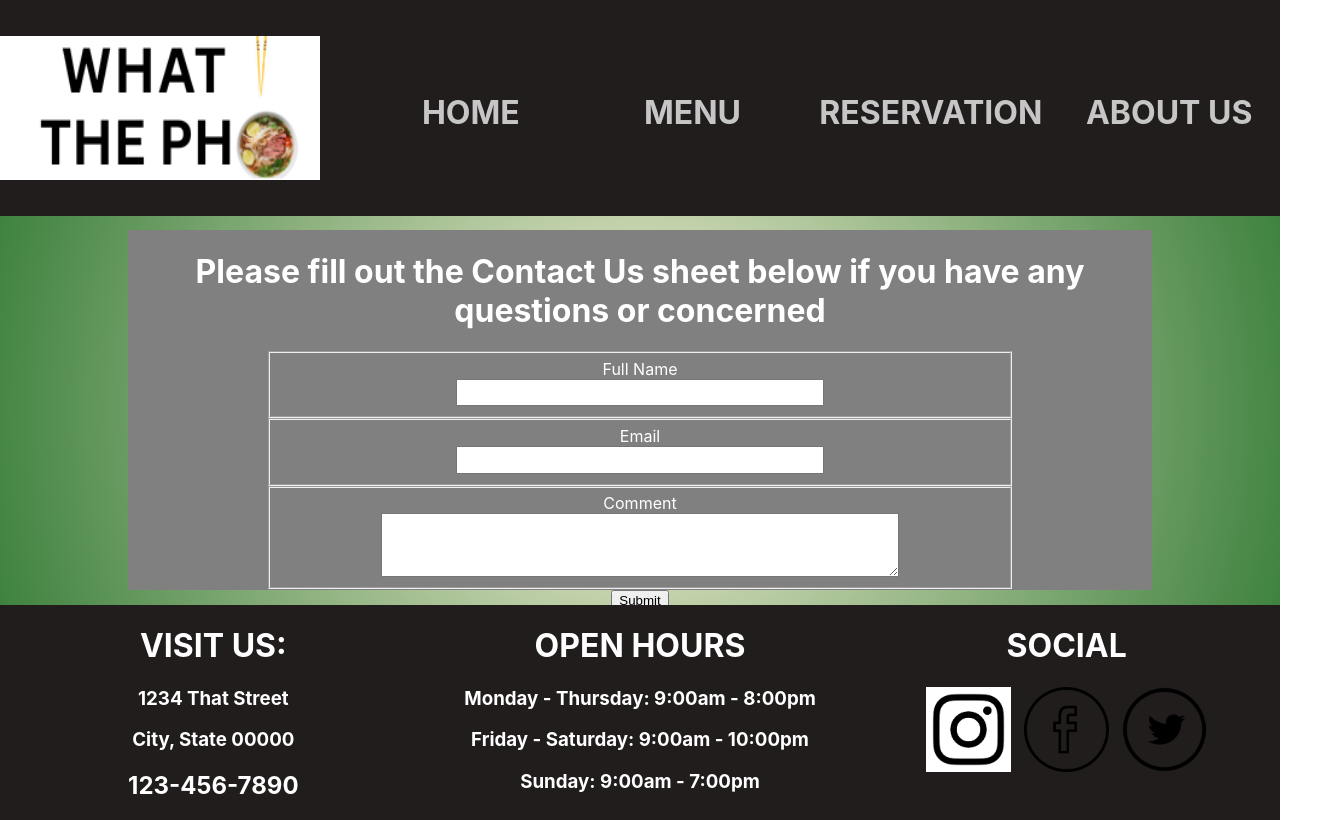
Repository: NguyenkhDang/Restaurant-Website
Page: /contactUs
An editor plug-in stored every save of this project. The page is shown before and after the next save, followed by the edit.
The browser window is 1280 px wide. The page is 1284 px wide, then 1320 px, then 1284 px, so the pictures cover 1320 px, including what lies to the right of the window. The pictures show the whole page.
The project was rebuilt for these pictures with package versions that can differ from the ones it lists, and the page was loaded fresh each time. Also part of the build but not shown: src/CSS/Readmore.css, src/Readmore.js, src/CSS/SectionContainer.css, src/SectionContainer.js, src/CSS/Home.css, src/Pages/HomePage.js, src/Pages/MenuPage.js, src/CSS/ReservationForm.css and 4 more.

Above is the page before, as saved 2026-01-18 22:07:49.

### src/index.js
import React from 'react';
import ReactDOM from 'react-dom/client';
import './index.css';
import App from './App';
import reportWebVitals from './reportWebVitals';
import { BrowserRouter } from "react-router-dom";


const root = ReactDOM.createRoot(document.getElementById("root"));
root.render(
  <BrowserRouter>
    <App />
  </BrowserRouter>
);

// If you want to start measuring performance in your app, pass a function
// to log results (for example: reportWebVitals(console.log))
// or send to an analytics endpoint. Learn more: https://bit.ly/CRA-vitals
reportWebVitals();

### src/App.js

import './App.css';

import NavigationBar from './NavigationBar';
import Footer from "./Footer"
import {Routes, Route} from "react-router-dom"



import HomePage from "./Pages/HomePage"
import MenuPage from "./Pages/MenuPage"
import ReservationPage from "./Pages/ReservationPage"
import AboutUsPage from "./Pages/AboutUsPage"
import ContactUsPage from "./Pages/ContactUsPage"

function App() {


  return (
    <div className="home">
      <NavigationBar />

      <Routes>
        <Route path="/" element={<HomePage />} />
        <Route path="/menu" element={<MenuPage />} />
        <Route path="/reservation" element={<ReservationPage />} />
        <Route path="/aboutUs" element={<AboutUsPage />} />
        <Route path="contactUs" element={<ContactUsPage />} />
      </Routes>

      <Footer />
  </div>
);
}

export default App;

### src/App.css
html{
  -ms-overflow-style: none;
  scrollbar-width: none;
}

.home {
  display: grid;
  margin: 0;
  padding: 0;

  background: radial-gradient(
    circle,
    rgba(245, 240, 213, 1) 0%,
    rgba(38, 115, 42, 1) 100%
  );
  place-items: center;
  text-align: center;
  color: white;
}


html::-webkit-scrollbar {
  display: none;
}

### src/NavigationBar.js
import "./CSS/NavigationBar.css"
import Logo from "./image/CustomLogo2.png"
import { Link } from "react-router-dom"
const NavigationBar = () =>{



  return (
    <div className="navbar">
      <div className="logoImage">
        <img src= {Logo} />
      </div>
      <div className="wholeNavBar">
        <ul>
          <li>
            <Link className="nav-link nav-link-fade-up" to="/">HOME</Link>
          </li>
          <li>
            <Link className="nav-link nav-link-fade-up" to="/menu">MENU</Link>
          </li>
          <li>
            <Link className="nav-link nav-link-fade-up" to="/reservation">RESERVATION</Link>
          </li>
          <li>
            <Link className="nav-link nav-link-fade-up" to="/aboutUs">ABOUT US</Link>
          </li>
        </ul>

      </div>
    </div>
  )


}

export default NavigationBar

### src/Footer.js
import "./CSS/Footer.css"
import InstagramIcon from "./image/instagramIcon.png"
import FacebookIcon from "./image/facebookIcon.png"
import TwitterIcon from "./image/twitterIcon.png"
const Footer = () =>{

  return(
    <div className="footer">
      <div>
        <h1>VISIT US:</h1>
        <h3>1234 That Street</h3>
        <h3>City, State 00000</h3>

        <h2>123-456-7890</h2>
      </div>
      <div>
        <h1>OPEN HOURS</h1>
        <h3>Monday - Thursday: 9:00am - 8:00pm</h3>
        <h3>Friday - Saturday: 9:00am - 10:00pm</h3>
        <h3>Sunday: 9:00am - 7:00pm</h3>
      </div>
      <div>
        <h1>SOCIAL</h1>
        <a href="https://www.instagram.com/" target="_blank"><img src={InstagramIcon}/></a>
        <a href="https://www.facebook.com/" target="_blank"><img src={FacebookIcon}/></a>
        <a href="https://x.com/" target="_blank"><img src={TwitterIcon}/></a>
      </div>

    </div>
  )

}

export default Footer

### src/Pages/ContactUsPage.js

import { useRef } from "react"
import "../CSS/ContactUs.css"

const ContactUsPage = () =>{


  const handleSubmit = (e)=>{
    e.preventDefault();
    const url = "https://script.google.com/macros/s/AKfycbzvciRoj96Av9uZ2heb3UUoHOvfd4JqiGr3qXvWCL6rtenJZzz95SFNhb_-OBEtYvj5vw/exec"

    fetch(url,{
      method:"POST",
      body: new FormData(formRef.current)
    } ).then(() => {
      alert("Reservation Submitted ");
    }).catch((error) => console.log(error))
  };

  const formRef= useRef(null)
  return (
    <div className="contactUsPage">
      <h1>
        Please fill out the Contact Us sheet below if you have any questions or concerned
      </h1>
      <form ref={formRef} onSubmit={handleSubmit}>
        <fieldset>
          <label for="name">Full Name</label>
          <input
            type="text"
            name="Name"
            id="name"
            required
          />
        </fieldset>
        <fieldset>
          <label for="phone">Email</label>
          <input
            type="email"
            name="Email"
            id="email"

            />
        </fieldset>
        <fieldset>
          <label for="comment">Comment</label>
          <textarea
            name="Comment"
            style={{
              width: "40vw",
              height: "8vh",
            }}
          />
        </fieldset>
        <button>Submit</button>
      </form>
    </div>
  )
}

export default ContactUsPage

### src/CSS/NavigationBar.css
.navbar{
  background-color: rgb(34, 29, 29);
  display: grid;
  grid-template-columns: 25% 75%;
  width: 100vw;
  height: 25vh;
  padding-top: 5vh;
}
.wholeNavBar{
  height: 10vh;
}

.logoImage img{
  height: 20vh;
  width: 25vw;
  object-fit: fill;
  object-position: center;
}

ul{
  align-items: center;
  list-style-type: none;
  display: grid;
  place-items: center;
  grid-template-columns: 1fr 1fr 1fr 1fr;
  margin-top: 6vh;
}
ul li a{
  padding: none;
}
li a{
  font-size: 2em;
  text-align: center;
  padding: 14px 16px;
}
.nav-link {
  font-weight: bold;
  font-size: 2em;
  text-transform: uppercase;
  text-decoration: none;
  color: #ffffff;
  display: inline-block;
  position: relative;
  opacity: 0.75;
}

.nav-link:hover {
  opacity: 1;
}

.nav-link::before {
  transition: 300ms;
  height: 5px;
  content: "";
  position: absolute;
  background-color: #c1c7cf;
}
.nav-link-fade-up::before {
  width: 100%;
  bottom: 5px;
  opacity: 0;
}

.nav-link-fade-up:hover::before {
  bottom: 10px;
  opacity: 1;
}

### src/CSS/Footer.css
.footer{
  background-color: rgb(34, 29, 29);
  display: grid;
  grid-template-columns: repeat(3, 1fr);
  width: 100vw;
}

.footer img{
  width: 20%;
}

.footer a{
  margin: 0 0.5vw;
}

### src/CSS/ContactUs.css
.contactUsPage{
  background-color: gray;
  display: grid;
  grid-template-rows: repeat(2, auto);
  width: 80vw;
  height: 50vh;
  margin: 2vh 0;
}
.contactUsPage fieldset{
  display: grid;
  grid-template-rows: repeat(2, auto);
  place-items: center;
  width: 70%;
  margin: 0 auto;
}

.contactUsPage fieldset input{
  width: 50vh;
  height: 3vh;
}

Loaded but not shown: public/index.html (common file); src/index.css (common file); src/reportWebVitals.js (common file)

After the next save:
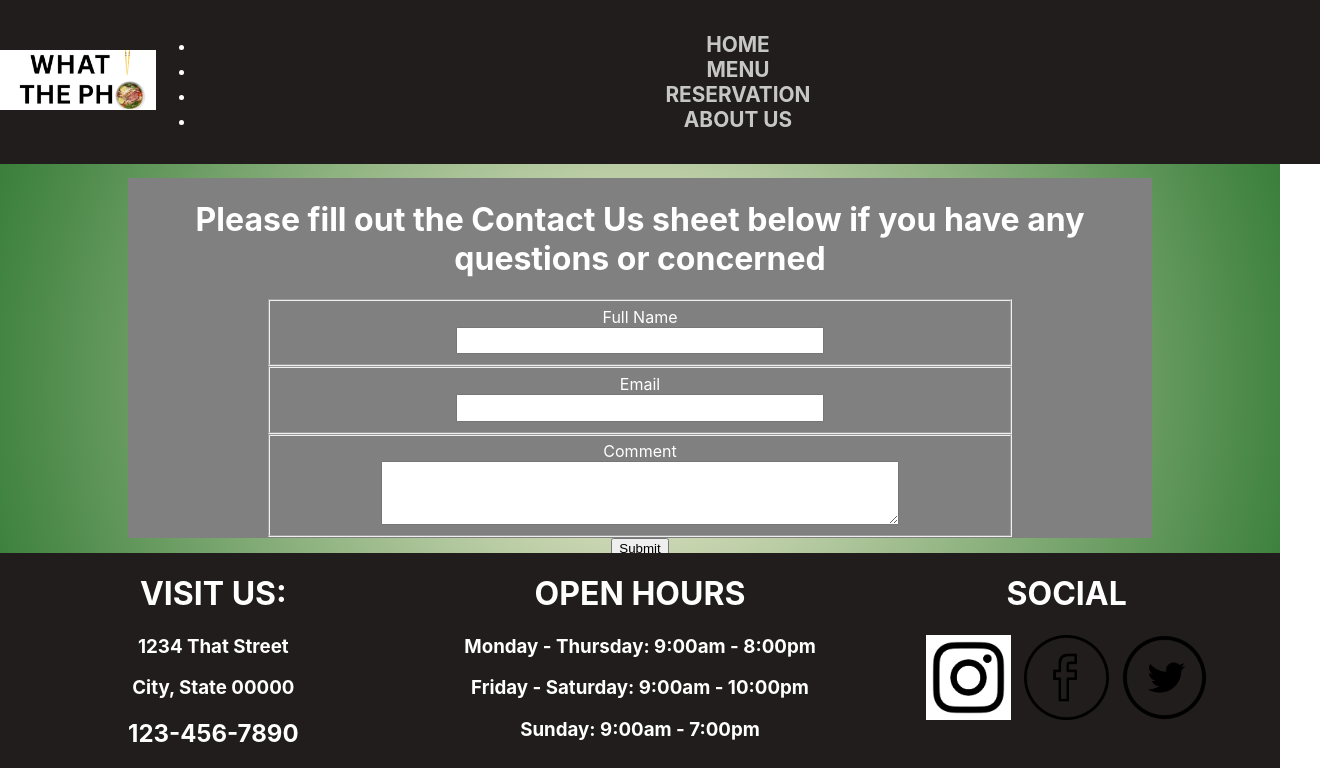
Saved 67 s later.
--- a/src/CSS/NavigationBar.css
+++ b/src/CSS/NavigationBar.css
@@ -1,67 +1,66 @@
-.navbar{
+/* ===== NAVBAR CONTAINER ===== */
+.navbar {
   background-color: rgb(34, 29, 29);
   display: grid;
-  grid-template-columns: 25% 75%;
-  width: 100vw;
-  height: 25vh;
-  padding-top: 5vh;
-}
-.wholeNavBar{
-  height: 10vh;
+  grid-template-columns: auto 1fr;
+  align-items: center;
+  padding: 1rem 2.5rem;
+  width: 100%;
 }
 
-.logoImage img{
-  height: 20vh;
-  width: 25vw;
-  object-fit: fill;
-  object-position: center;
+/* ===== LOGO ===== */
+.logoImage img {
+  height: 60px;
+  width: auto;
+  object-fit: contain;
 }
 
-ul{
+/* ===== NAV LIST ===== */
+.navList {
+  list-style: none;
+  display: flex;
+  gap: 2.5rem;
+  justify-content: flex-end;
   align-items: center;
-  list-style-type: none;
-  display: grid;
-  place-items: center;
-  grid-template-columns: 1fr 1fr 1fr 1fr;
-  margin-top: 6vh;
+  margin: 0;
+  padding: 0;
 }
-ul li a{
-  padding: none;
-}
-li a{
-  font-size: 2em;
-  text-align: center;
-  padding: 14px 16px;
-}
+
+/* ===== LINKS ===== */
 .nav-link {
   font-weight: bold;
-  font-size: 2em;
+  font-size: 1.3rem;
   text-transform: uppercase;
   text-decoration: none;
   color: #ffffff;
-  display: inline-block;
   position: relative;
   opacity: 0.75;
+  transition: opacity 200ms ease;
 }
 
 .nav-link:hover {
   opacity: 1;
 }
 
+/* ===== ACTIVE LINK ===== */
+.nav-link.active {
+  opacity: 1;
+}
+
+/* ===== HOVER ANIMATION ===== */
 .nav-link::before {
-  transition: 300ms;
-  height: 5px;
   content: "";
   position: absolute;
+  height: 4px;
+  width: 100%;
   background-color: #c1c7cf;
-}
-.nav-link-fade-up::before {
-  width: 100%;
-  bottom: 5px;
+  left: 0;
+  bottom: -8px;
   opacity: 0;
+  transition: all 300ms ease;
 }
 
-.nav-link-fade-up:hover::before {
-  bottom: 10px;
+.nav-link:hover::before {
+  bottom: -4px;
   opacity: 1;
 }

After the save that followed:
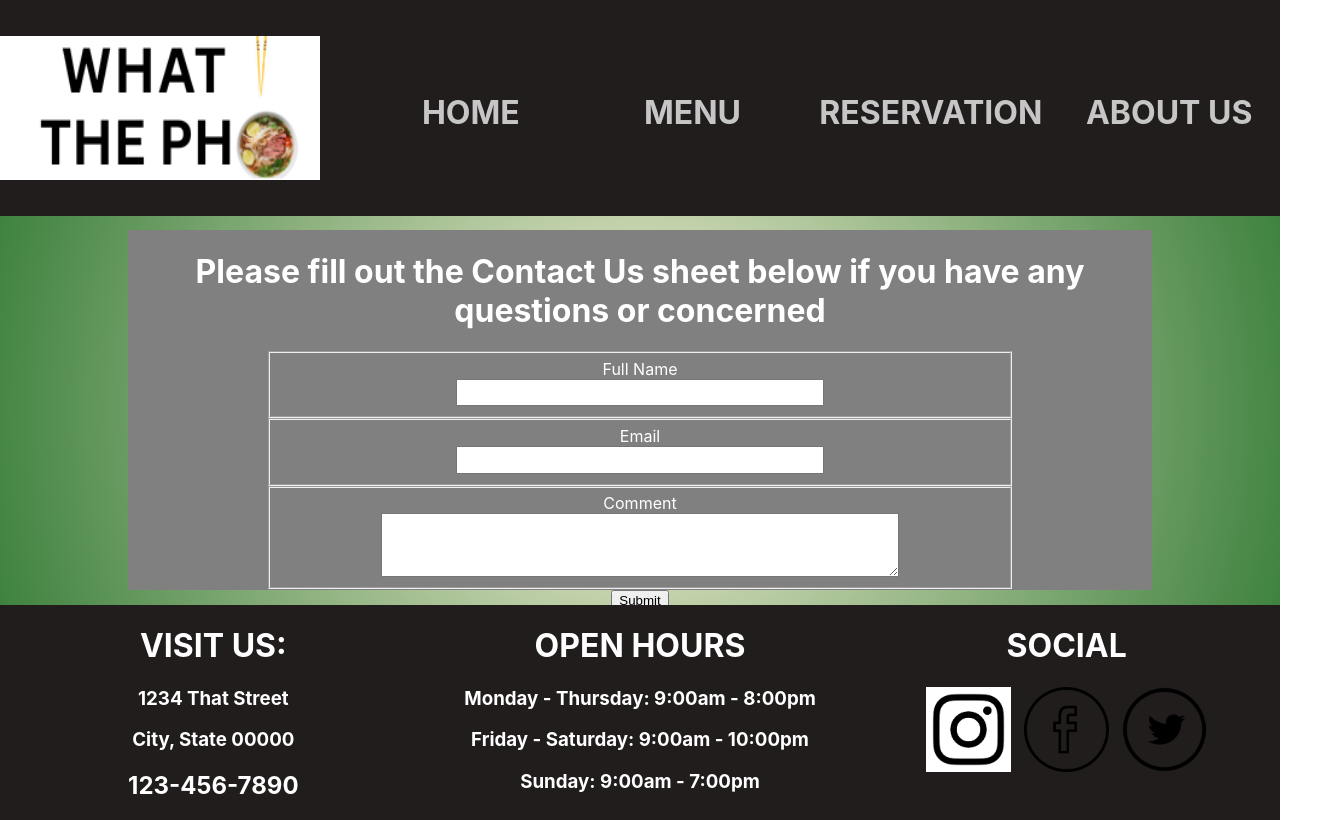
Saved 5 s later.
--- a/src/CSS/NavigationBar.css
+++ b/src/CSS/NavigationBar.css
@@ -1,66 +1,67 @@
-/* ===== NAVBAR CONTAINER ===== */
-.navbar {
+.navbar{
   background-color: rgb(34, 29, 29);
   display: grid;
-  grid-template-columns: auto 1fr;
-  align-items: center;
-  padding: 1rem 2.5rem;
-  width: 100%;
+  grid-template-columns: 25% 75%;
+  width: 100vw;
+  height: 25vh;
+  padding-top: 5vh;
+}
+.wholeNavBar{
+  height: 10vh;
 }
 
-/* ===== LOGO ===== */
-.logoImage img {
-  height: 60px;
-  width: auto;
-  object-fit: contain;
+.logoImage img{
+  height: 20vh;
+  width: 25vw;
+  object-fit: fill;
+  object-position: center;
 }
 
-/* ===== NAV LIST ===== */
-.navList {
-  list-style: none;
-  display: flex;
-  gap: 2.5rem;
-  justify-content: flex-end;
+ul{
   align-items: center;
-  margin: 0;
-  padding: 0;
+  list-style-type: none;
+  display: grid;
+  place-items: center;
+  grid-template-columns: 1fr 1fr 1fr 1fr;
+  margin-top: 6vh;
 }
-
-/* ===== LINKS ===== */
+ul li a{
+  padding: none;
+}
+li a{
+  font-size: 2em;
+  text-align: center;
+  padding: 14px 16px;
+}
 .nav-link {
   font-weight: bold;
-  font-size: 1.3rem;
+  font-size: 2em;
   text-transform: uppercase;
   text-decoration: none;
   color: #ffffff;
+  display: inline-block;
   position: relative;
   opacity: 0.75;
-  transition: opacity 200ms ease;
 }
 
 .nav-link:hover {
   opacity: 1;
 }
 
-/* ===== ACTIVE LINK ===== */
-.nav-link.active {
+.nav-link::before {
+  transition: 300ms;
+  height: 5px;
+  content: "";
+  position: absolute;
+  background-color: #c1c7cf;
+}
+.nav-link-fade-up::before {
+  width: 100%;
+  bottom: 5px;
+  opacity: 0;
+}
+
+.nav-link-fade-up:hover::before {
+  bottom: 10px;
   opacity: 1;
 }
-
-/* ===== HOVER ANIMATION ===== */
-.nav-link::before {
-  content: "";
-  position: absolute;
-  height: 4px;
-  width: 100%;
-  background-color: #c1c7cf;
-  left: 0;
-  bottom: -8px;
-  opacity: 0;
-  transition: all 300ms ease;
-}
-
-.nav-link:hover::before {
-  bottom: -4px;
-  opacity: 1;
-}
